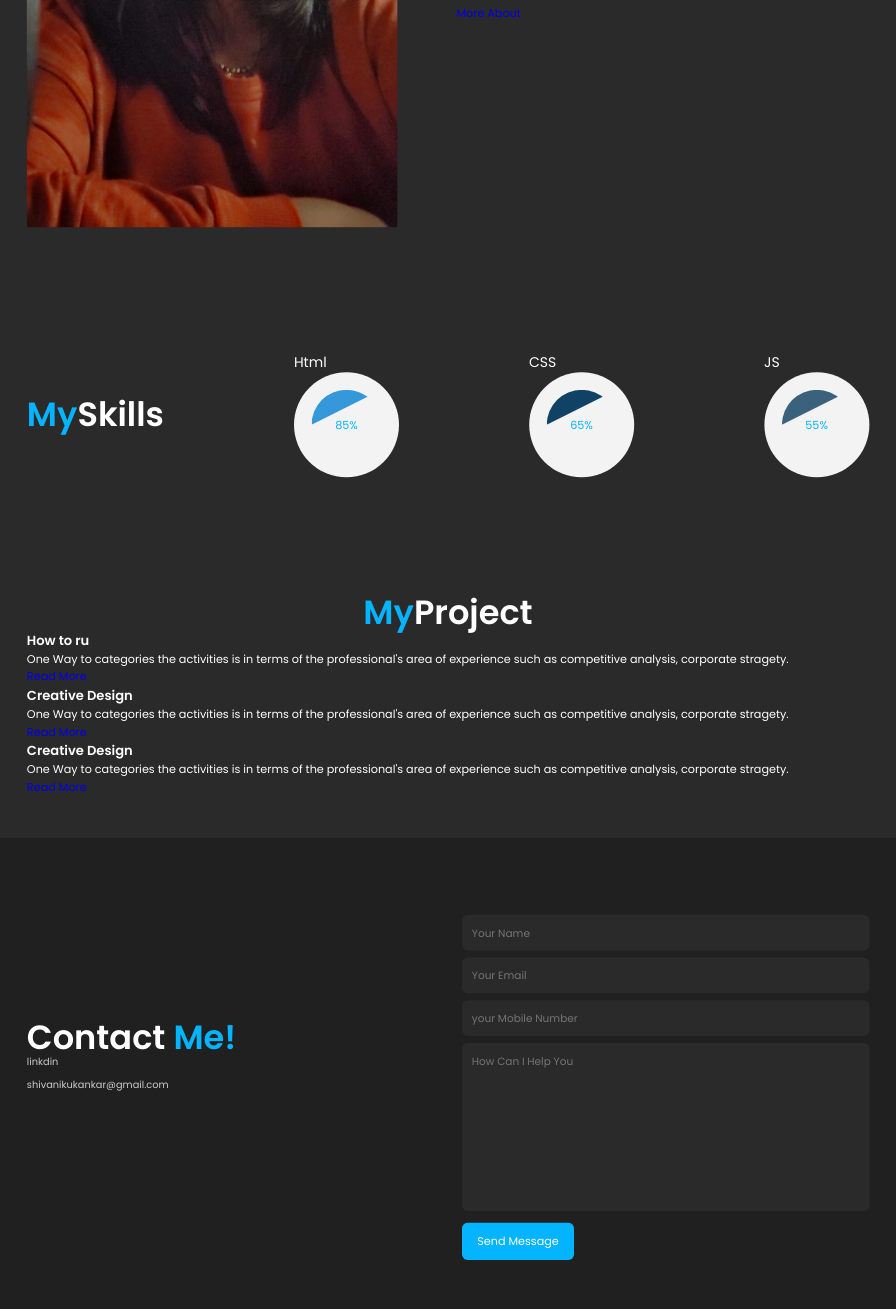
Repository: shivaniwankar21/personal_Portfolio
Page: responsive_Portfolio_website/index.html
An editor plug-in stored every save of this project. The page is shown before and after the next save, followed by the edit.
The browser window is 1280 px wide. The pictures show the part of the page from y = 1447 to 3367 px (the page is 3317 px tall before and 3367 px after), at 70% of full size.

Above is the page before, as saved 2023-09-02 07:49:00.

After the next save:
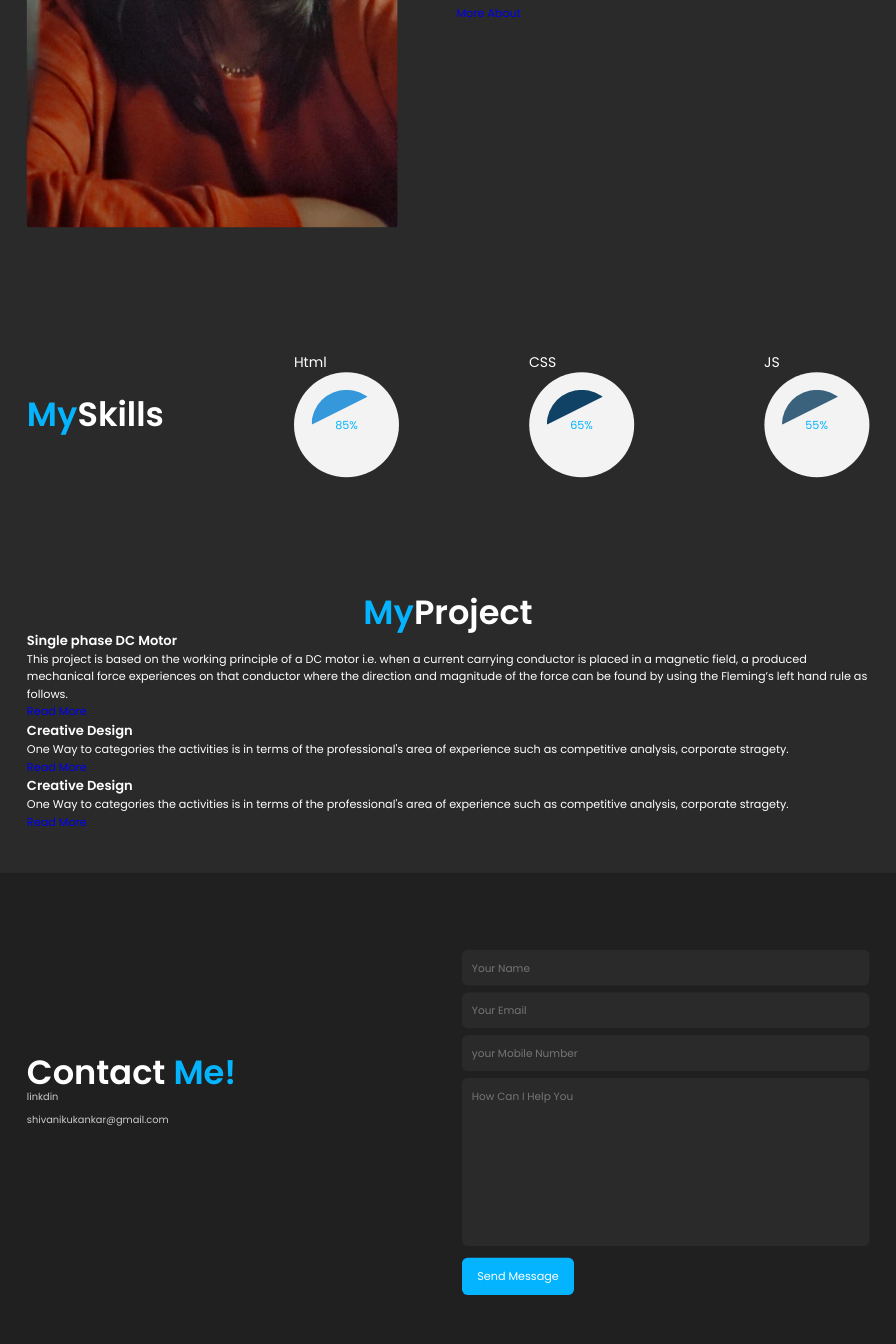
Saved 8 min 48 s later.
--- a/responsive_Portfolio_website/index.html
+++ b/responsive_Portfolio_website/index.html
@@ -111,9 +111,8 @@
                 <div class="s-icons">
                     <i class='bx bx-mobile-alt'></i>
                 </div>
-                <h3>How to ru</h3>
-                <p>One Way to categories the activities is in terms of the professional's area of experience such as
-                    competitive analysis, corporate stragety.</p>
+                <h3>Single phase DC Motor</h3>
+                <p>This project is based on the working principle of a DC motor i.e. when a current carrying conductor is placed in a magnetic field, a produced mechanical force experiences on that conductor where the direction and magnitude of the force can be found by using the Fleming’s left hand rule as follows.</p>
                 <a href="#" class="btn">Read More</a>
             </div>
 
